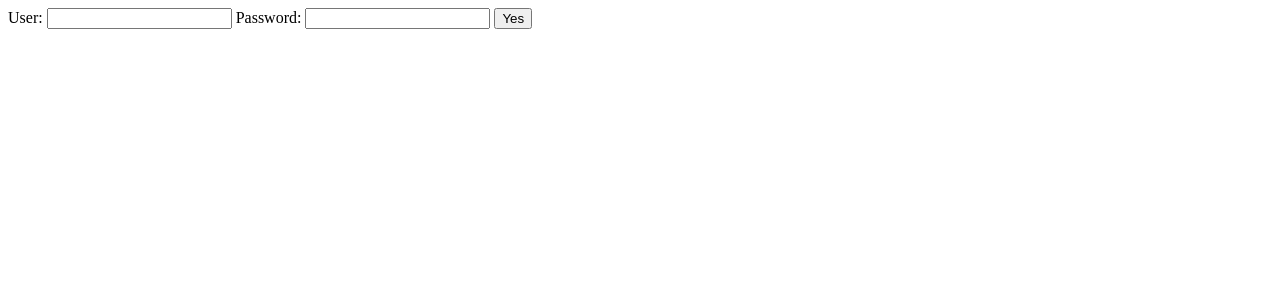
Repository: trangtruc/Java_NangCao
Page: Buoi3_LoginForm_EShop/LoginForm_Demo/WebContent/dangnhap.html
An editor plug-in stored every save of this project. The page is shown before and after the next save, followed by the edit.
The browser window is 1280 px wide. The pictures show the whole page.

Above is the page before, as saved 2017-03-07 04:36:14.

After the next save:
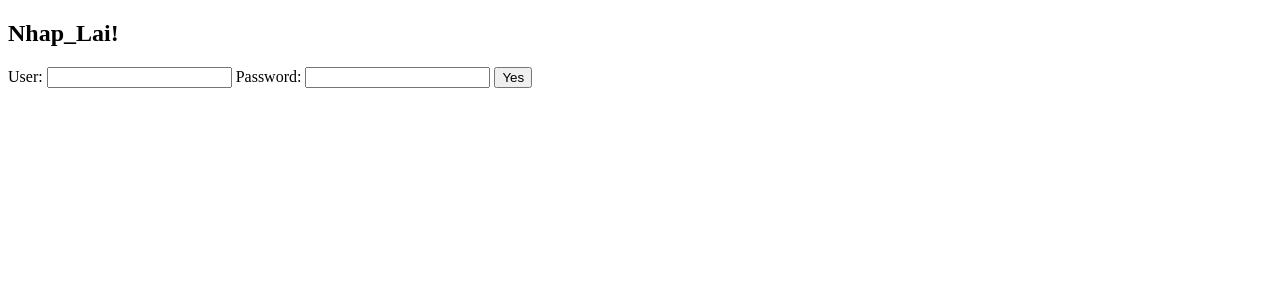
Saved 28 s later.
--- a/Buoi3_LoginForm_EShop/LoginForm_Demo/WebContent/dangnhap.html
+++ b/Buoi3_LoginForm_EShop/LoginForm_Demo/WebContent/dangnhap.html
@@ -5,7 +5,7 @@
 <title>login</title>
 </head>
 <body>
-
+	<h2>Nhap_Lai!</h2>
 	<form method="POST" action="url_login">
 		User: <input type="text" name="user"/>
 		Password: <input type="password" name="pass"/>
